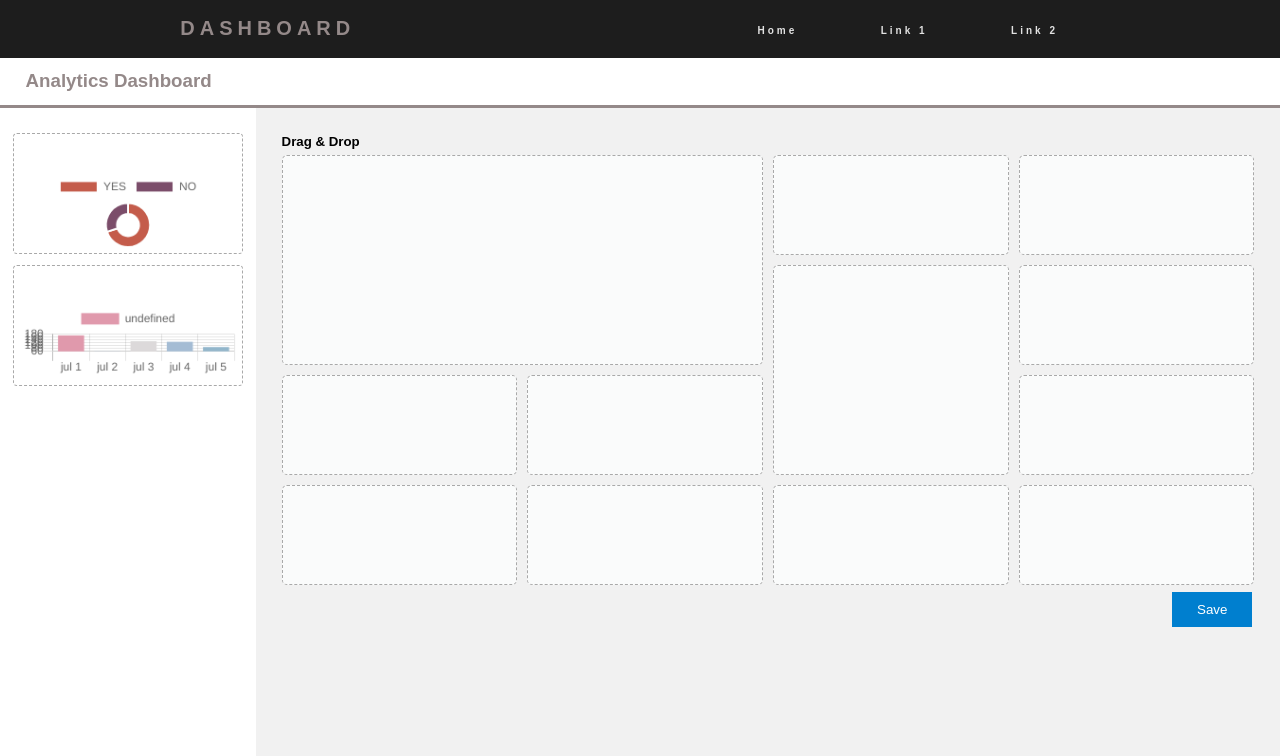
Repository: nourabdelhakam/drag-drop
Page: index.html
These files come from the project's save history. The page is drawn as it stood at one moment and after the next save; the edit follows.
The browser window is 1280 px wide. The pictures show the whole page.
Some web libraries are served in a nearby version.

Above is the page before, as saved 2020-07-05 20:24:27.

After the next save:
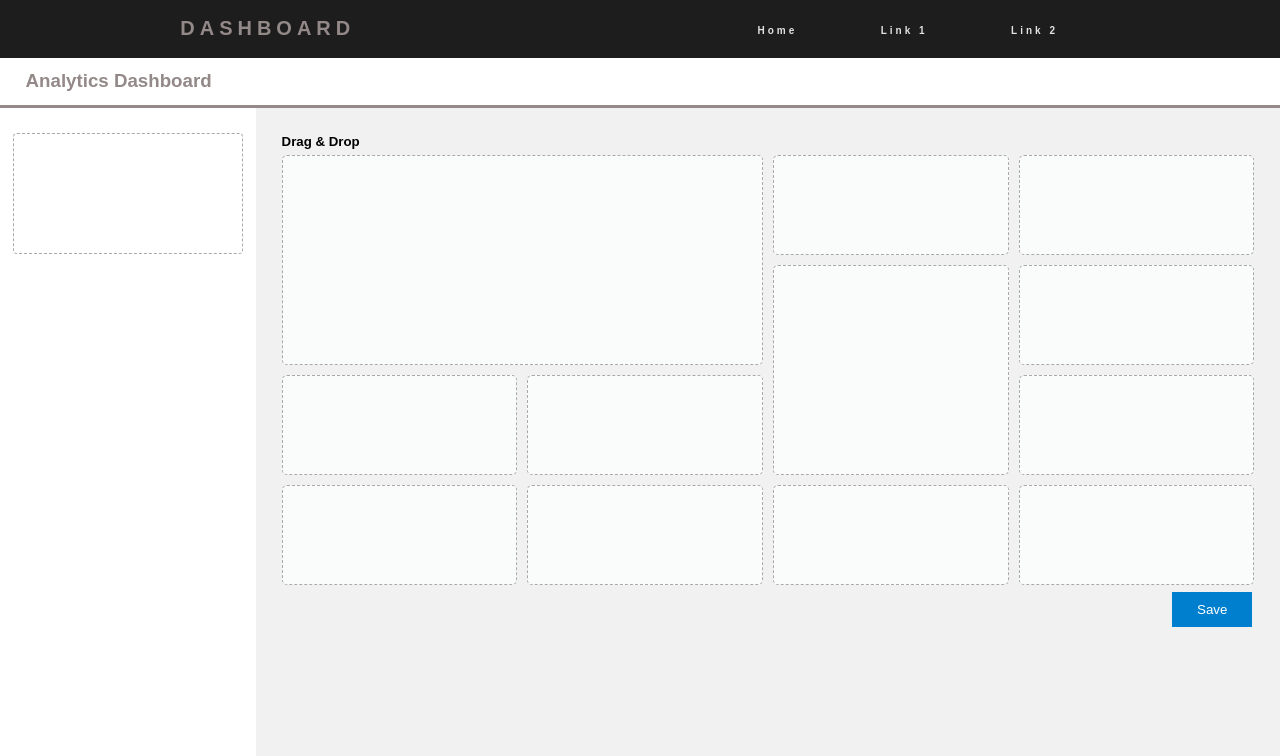
Console error: TypeError: Cannot read properties of null (reading 'getContext')
Saved 2 min 20 s later.
--- a/chart.js
+++ b/chart.js
@@ -7,7 +7,7 @@
   canvas.setAttribute("draggable", "true");
   canvas.setAttribute("data-chart", JSON.stringify(chart));
 
-  canvas.id = type + chart.id;
+  canvas.id = type + chart.id+'-'+pos;
   el.appendChild(canvas);
   console.log(canvas);
   c = document.getElementById(type + chart.id).getContext("2d");

After the save that followed:
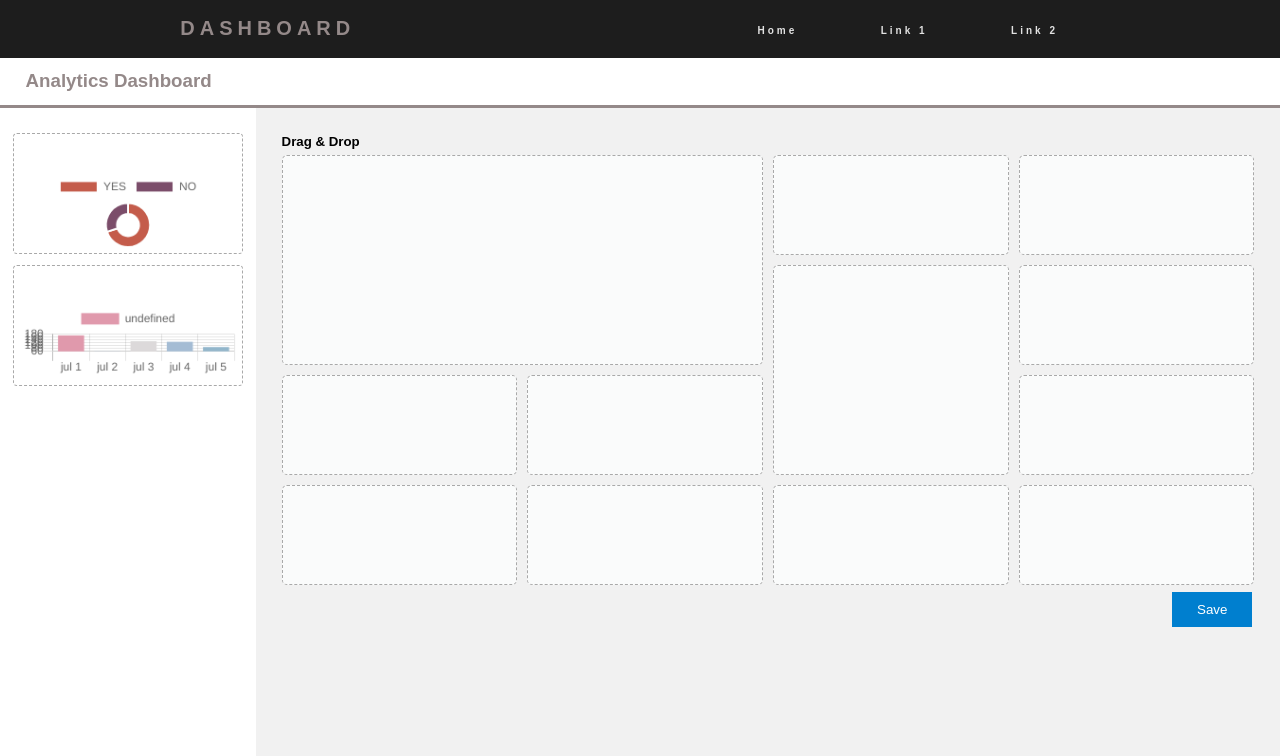
The error is gone.
Saved 12 s later.
--- a/chart.js
+++ b/chart.js
@@ -10,7 +10,7 @@
   canvas.id = type + chart.id+'-'+pos;
   el.appendChild(canvas);
   console.log(canvas);
-  c = document.getElementById(type + chart.id).getContext("2d");
+  c = document.getElementById(type + chart.id+'-'+pos).getContext("2d");
   new Chart(c, {
     type: chart.type,
     data: {
